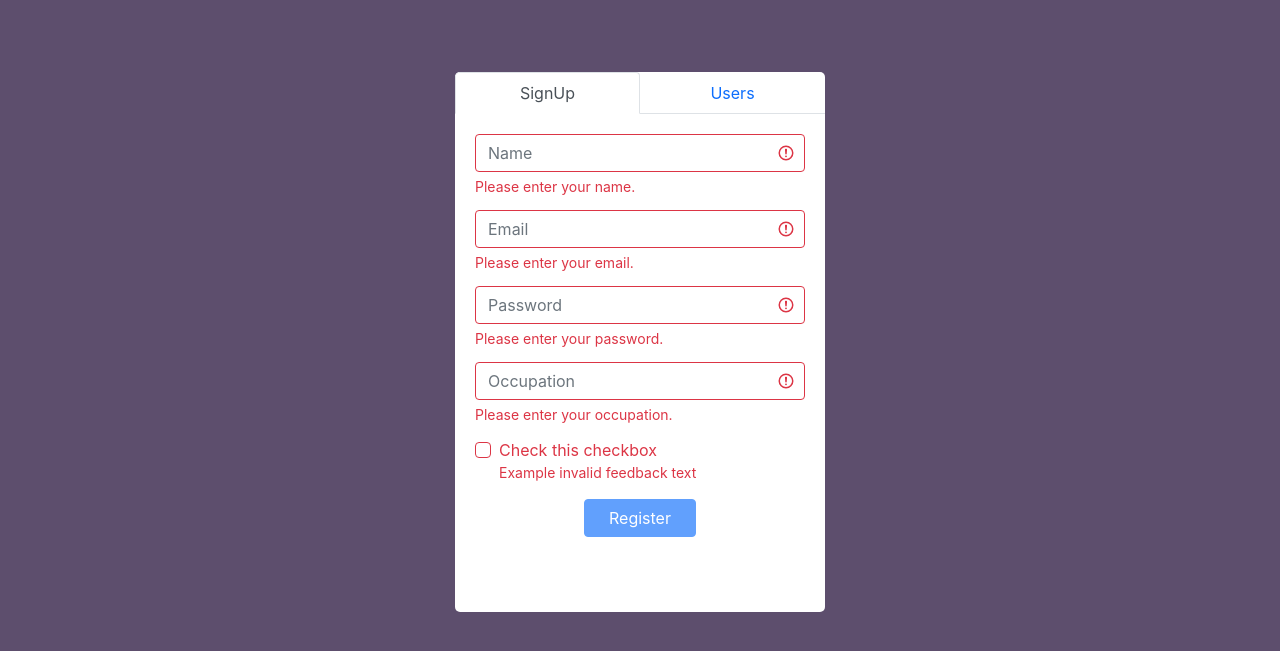
Repository: asadalibest1/SignUp-from
Page: /
The author's editor kept a copy of each file at every save. The page is drawn from the files as they stood at one save, then again after the next save.
The browser window is 1280 px wide. The pictures show the whole page.
The project was rebuilt for these pictures with package versions that can differ from the ones it lists, and the page was loaded fresh each time.

Above is the page before, as saved 2021-02-07 23:10:18.

After the next save:
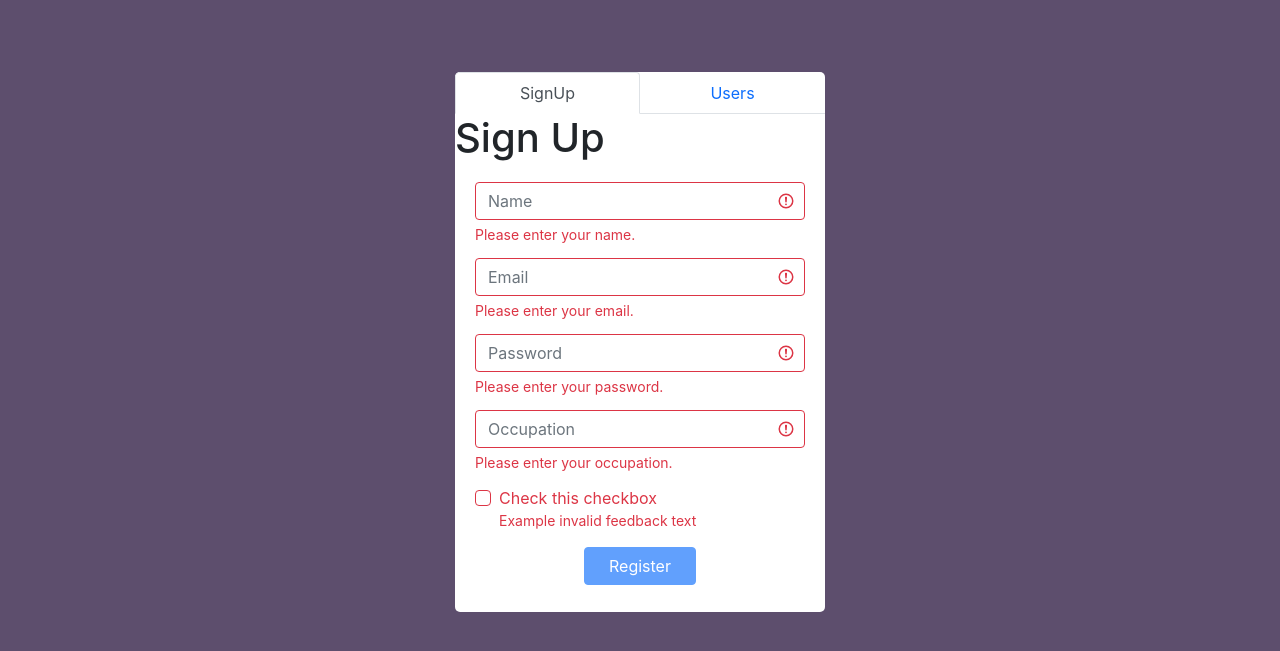
Saved 60 s later.
--- a/src/components/SignUp/SignUp.js
+++ b/src/components/SignUp/SignUp.js
@@ -4,6 +4,7 @@ import "./SignUp.css"
 export default function SignUp() {
     return (
         <div className="SignUp">
+          <h1>Sign Up</h1>
 
 <form className="was-validated">
 
